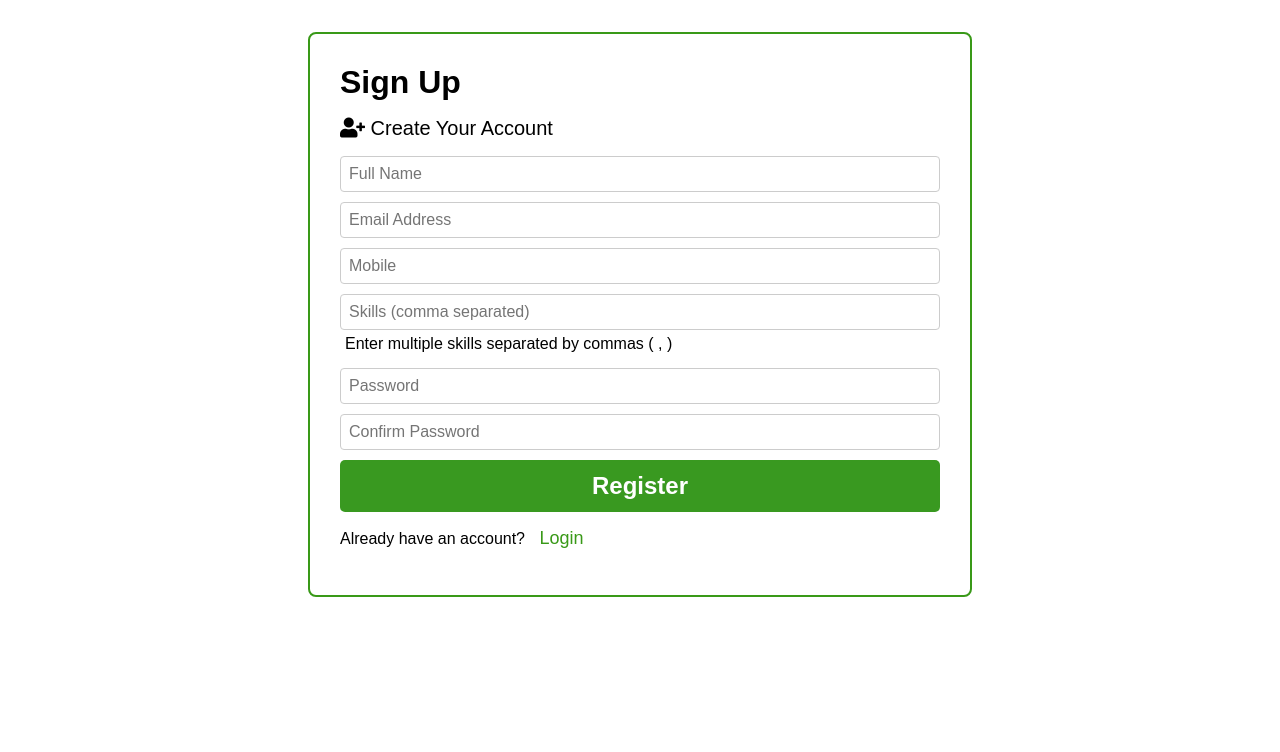
Repository: sayyad-mukthumsa-123/DevMania
Page: /register (app in frontend/)
An editor plug-in stored every save of this project. The page is shown before and after the next save, followed by the edit.
The browser window is 1280 px wide. The pictures show the whole page.
The pointer rests on the first visible `.btn`.
The project was rebuilt for these pictures with package versions that can differ from the ones it lists, and the page was loaded fresh each time. Also part of the build but not shown: frontend/src/pages/Home.js, frontend/src/pages/login.js, frontend/src/pages/Allprofiles.js, frontend/src/pages/MyProfile.js, frontend/src/pages/Indprofile.js.

Above is the page before, as saved 2025-03-01 00:03:58.

After the next save:
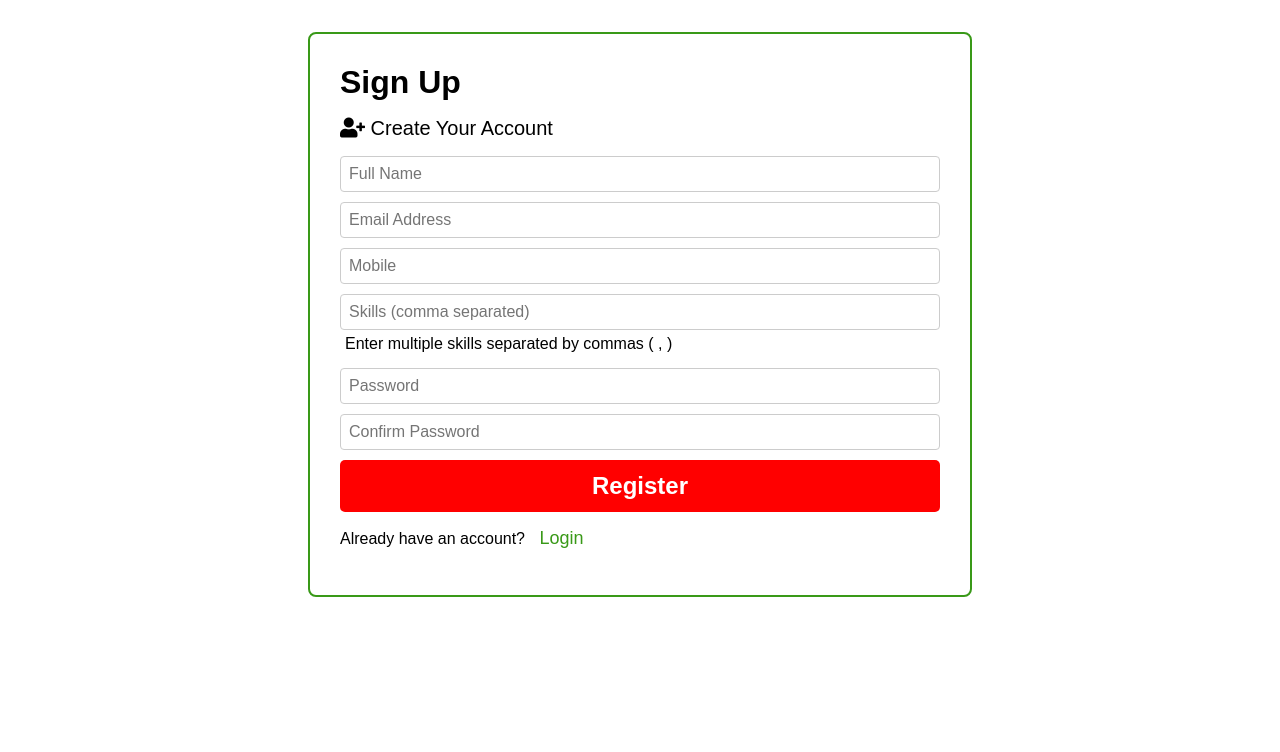
Saved 21 s later.
--- a/frontend/src/styles/styles.css
+++ b/frontend/src/styles/styles.css
@@ -167,7 +167,7 @@ body, html {
 }
 
 .btn:hover,.btn-auth:hover {
-  background-color:#399920;
+  background-color:red;
   transition: all;
 }
 
